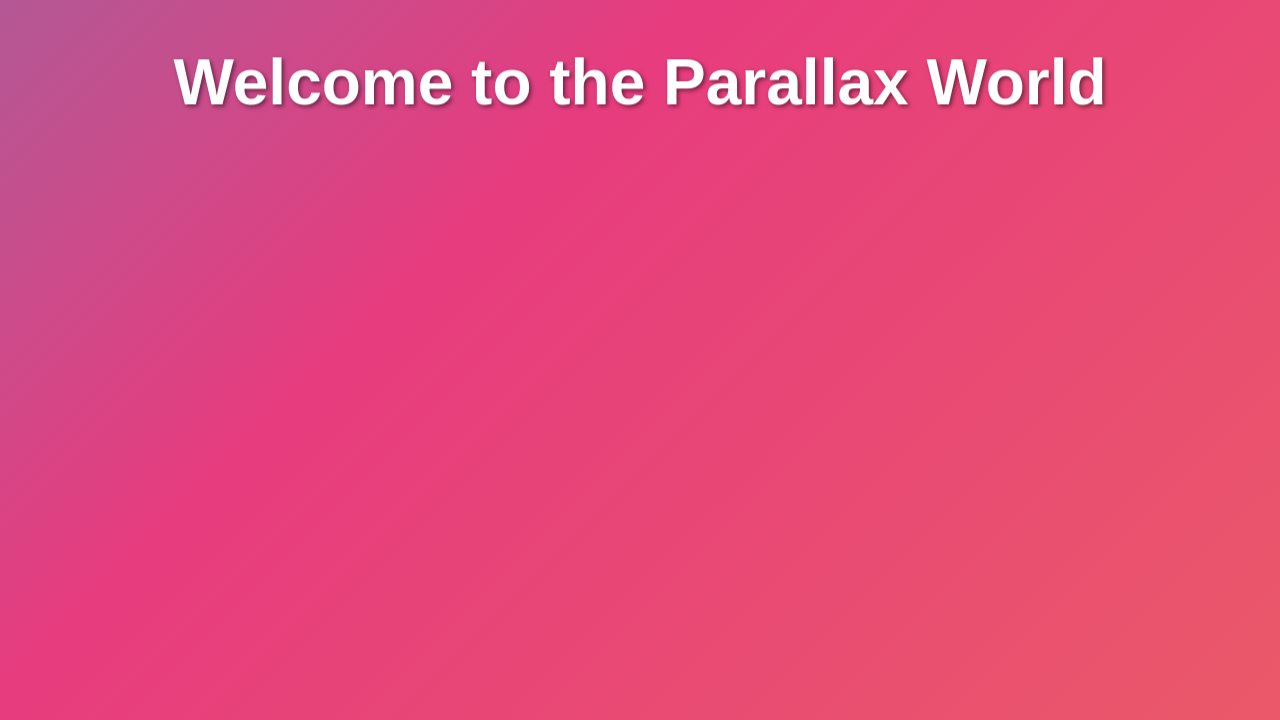
Repository: zjccc123/demo
Page: index2.html
These files come from the project's save history. The page is drawn as it stood at one moment and after the next save; the edit follows.
The browser window is 1280 px wide. The pictures show the whole page.
An inner scrolling area shows only its first screen.

Above is the page before, as saved 2025-06-14 09:49:02.

After the next save:
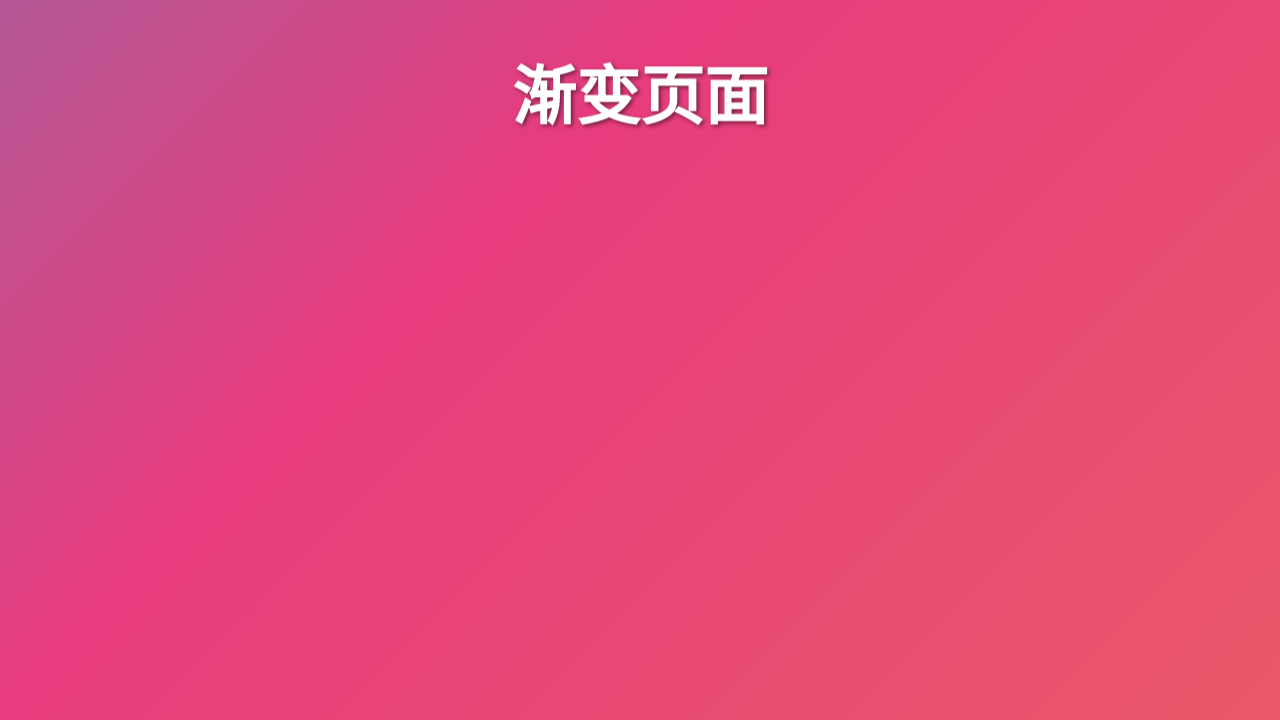
Saved 80 min 44 s later.
--- a/index2.html
+++ b/index2.html
@@ -94,7 +94,7 @@
         <div class="parallax-group">
             <div class="parallax-layer parallax-layer-back">
                 <div class="content">
-                    <h1 class="floating">Welcome to the Parallax World</h1>
+                    <h1 class="floating">渐变页面</h1>
                 </div>
             </div>
             <div class="parallax-layer parallax-layer-base">
